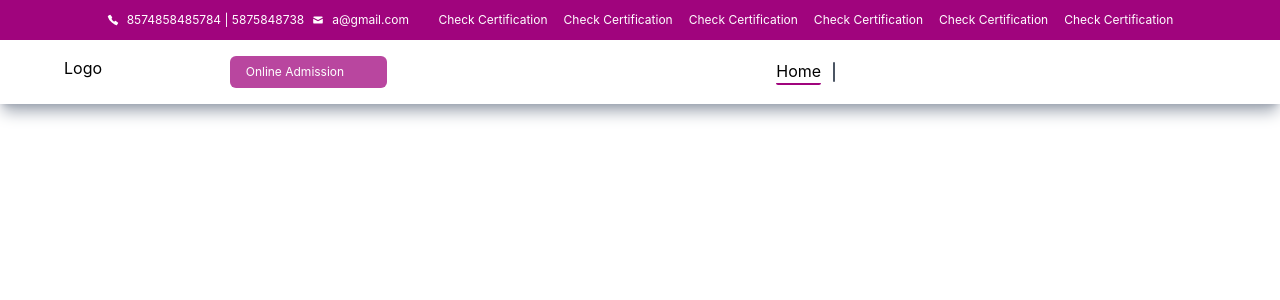
Repository: Sushant203/react-training-
Page: /
The author's editor kept a copy of each file at every save. The page is drawn from the files as they stood at one save, then again after the next save.
The browser window is 1280 px wide. The pictures show the whole page.
The project was rebuilt for these pictures with package versions that can differ from the ones it lists, and the page was loaded fresh each time. Also part of the build but not shown: src/App.css, src/components/LowerNav.jsx, src/components/UpperNav.jsx.

Above is the page before, as saved 2022-12-19 09:52:32.

### src/App.js

import './App.css';
import LowerNav from './components/LowerNav';
import UpperNav from './components/UpperNav';
import Layout from './Hoc/Layout/Layout'

function App() {
  return (
    <div>
     <Layout />
    </div>
  );
}

export default App;

### src/Hoc/Layout/Layout.jsx
import React from "react";
import Toolbar from "../../components/Naviagtion/Toolbar/index";

function Layout() {
  return (
    <div>
      {/* toolbar */}
      <Toolbar />
    </div>
  );
}

export default Layout;

### src/components/Naviagtion/Toolbar/index.jsx
import React from "react";
import Header from "./header";
import Secondary from "./Secondary";

function Index() {
  return (
    <div className="h-fit bg-mainColor w-screen shadow-lg shadow-gray-400 ">
      <Header />
      <Secondary />
    </div>
  );
}

export default Index;

### src/components/Naviagtion/Toolbar/header.jsx
import React from "react";
import { IoCallSharp } from "react-icons/io5";
import { HiMail } from "react-icons/hi";
function Header() {
  const NavLinks = [
    { title: "check certificate" },
    { title: "check certificate" },
    { title: "check certificate" },
    { title: "check certificate" },
    { title: "check certificate" },
    { title: "check certificate" },
  ];
  return (
    <div className="py-3  w-10/12 mx-auto flex items-center justify-between text-xs">
      {/* number and email */}
      <div className="flex gap-2  text-white">
        <div className="flex gap-2  items-center">
          <IoCallSharp />
          8574858485784 | 5875848738
        </div>
        <div className=" flex gap-2 items-center">
          <HiMail />
          a@gmail.com
        </div>
      </div>
      {/* navigation links */}
      <div className="text-white flex gap-4 text-xs ">
        {NavLinks.map((val, i) => {
          return (
            <div key={i} className="capitalize ">
              check certification
            </div>
          );
        })}
      </div>
    </div>
  );
}

export default Header;

### src/components/Naviagtion/Toolbar/Secondary.jsx
import React from "react";

function Secondary() {
  const Nalink = [
    {
      title: "Home",
    },
    {
      title: "Home",
    },
    {
      title: "Home",
    },
    {
      title: "Home",
    },
    {
      title: "Home",
    },
    {
      title: "Home",
    },
    {
      title: "Home",
    },
    {
      title: "Home",
    },
  ];
  return (
    <div className="grid grid-cols-7 gap-2 justify-between px-16 w-full py-4 bg-white">
      <div>Logo</div>
      <div className="bg-mainColor px-4 py-2 animate-pulse duration-700 delay-200 text-xs rounded-md transition-all cursor-pointer text-white">
        Online Admission
      </div>
      <div className="col-span-5  flex justify-center items-center">
        <div className="flex items-center gap-3">
          <div className="border-b-2 w-fit  border-mainColor rounded-sm  ">
            Home
          </div>
          <div className="h-5 w-[2px] rounded-md bg-gray-600"></div>
        </div>
      </div>
    </div>
  );
}

export default Secondary;

### tailwind.config.js
/** @type {import('tailwindcss').Config} */
module.exports = {
  content: [
    "./src/**/*.{js,jsx,ts,tsx}",
  ],
  theme: {
    extend: {
      colors:{
        mainColor:'#A0047D'
      }
    },
  },
  plugins: [],
}

Loaded but not shown: public/index.html (common file); src/index.js (common file); src/index.css (common file); src/reportWebVitals.js (common file)

After the next save:
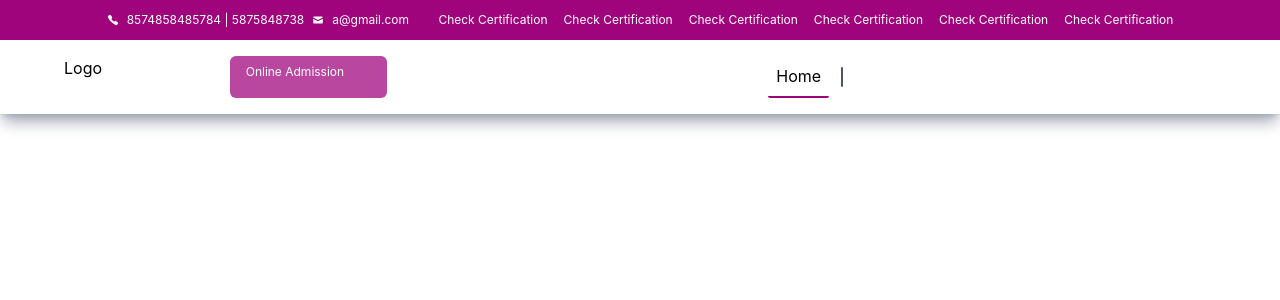
Saved 7 s later.
--- a/src/components/Naviagtion/Toolbar/Secondary.jsx
+++ b/src/components/Naviagtion/Toolbar/Secondary.jsx
@@ -35,7 +35,7 @@ function Secondary() {
       </div>
       <div className="col-span-5  flex justify-center items-center">
         <div className="flex items-center gap-3">
-          <div className="border-b-2 w-fit  border-mainColor rounded-sm  ">
+          <div className="border-b-2 w-fit  border-mainColor rounded-sm p-2  ">
             Home
           </div>
           <div className="h-5 w-[2px] rounded-md bg-gray-600"></div>
